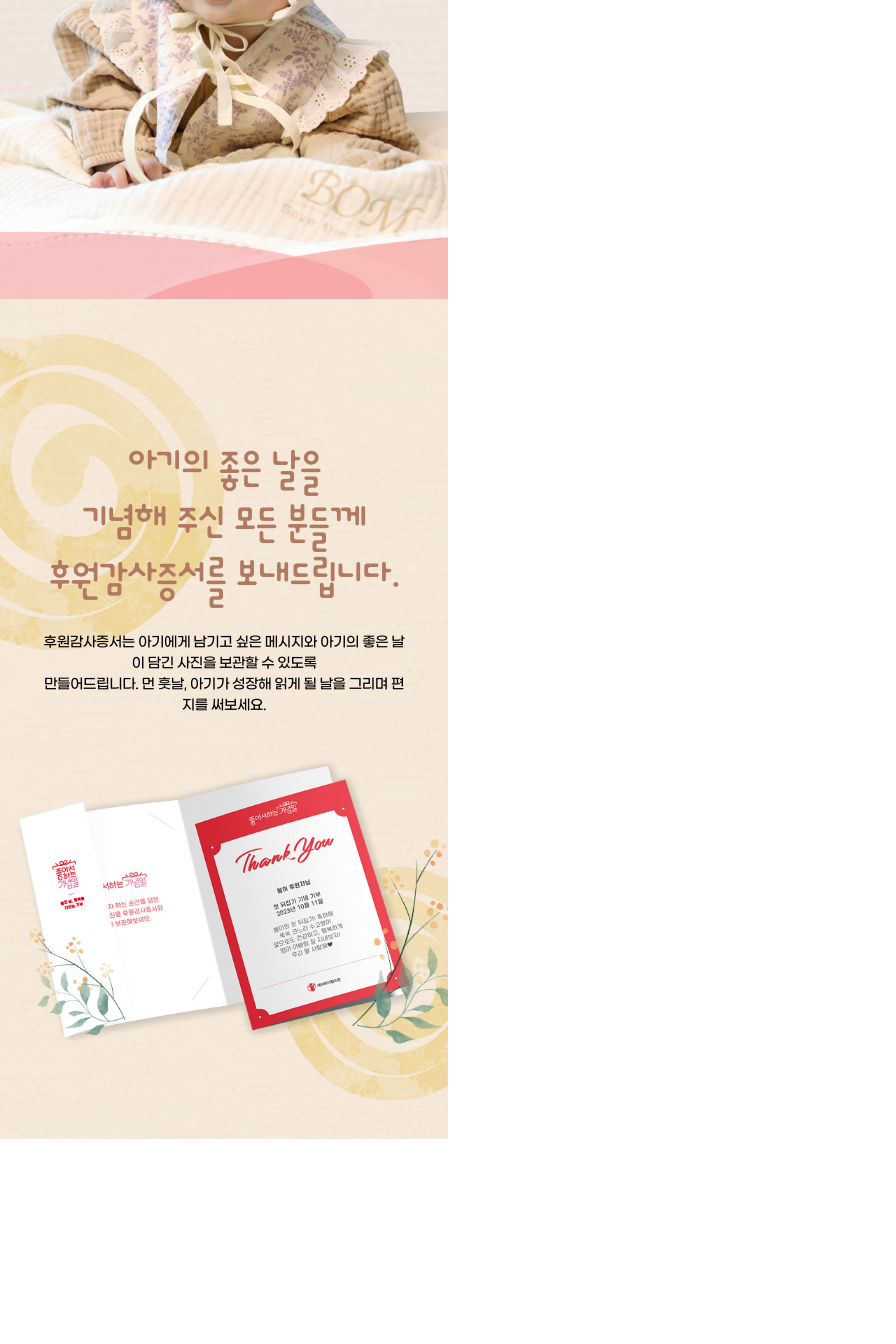
Repository: dlgywls1130/save_children_m
Page: index.html
These files come from the project's save history. The page is drawn as it stood at one moment and after the next save; the edit follows.
The browser window is 1280 px wide. The pictures show the part of the page from y = 3313 to 5233 px (the page is 20318 px tall), at 70% of full size.

Above is the page before, as saved 2023-12-13 19:17:49.

### index.html
<!DOCTYPE html>
<html lang="en">
<head>
    <meta charset="UTF-8">
    <meta name="viewport" content="width=device-width, initial-scale=1.0">
    <title>세이브더칠드런</title>

    <link rel="stylesheet" href="./css/reset.css">
    <link rel="stylesheet" href="./css/style.css">

</head>
<body>
    <div class="content_body">
        <section class="section_wrapper section01">
            <div class="se01 se_wrapper">
                <div class="se01_sub">
                    <div class="sub_logo">
                        <img src="./img/logo01.png" alt="logo">
                    </div>
                    <p>우리 아기 좋은 날 기부</p>
                </div>
                <p class="seo01_title">
                    아가야,
                </p>
                <p class="seo01_title_two">
                    너의 <span id="rollingText">탄생</span> 순간을 축하해!
                </p>
                <p class="section_descript mb-45">
                    아이의 건강과 행복을
                    <br>바라는 마음을 담아,
                    <br>탄생, 백일, 첫 걸음마, 첫돌 등
                    <br>내 아이의 소중한 순간을
                    <br>기부로 기념해보세요.
                    <br>함께 자라나는 다른 아이들
                    <br>에게도 큰 축복이 됩니다..
                </p>

                <a class="donation_link" href="javascript:void(0)">우리 아기 좋은 날 기부</a>
            </div>
        </section>
        <section class="section_wrapper section02">
            <div class="se02 se_wrapper">
                <div class="postit_wrapper">
                    <div class="postit postit01">
                        <p>우리 아들 우현이의<br>
                        200일을 축하해.<br>
                        건강하게 자라줘서 고마워 ❤<br>
                        늘 사랑받고 받은 사랑만큼<br>
                        베풀 수 있는 건강하고<br>
                        멋진 아들이 되길 바래!</p>
                    </div>
                    <div class="postit postit02">
                        <p>우리 새로아<Br>
                        백일 동안 무럭무럭 자라줘서<Br>
                        고마워~앞으로도 건강하고<Br>
                        우리 같이 재미있게 많이 놀자.<Br>
                        엄마,아빠가 많이 사랑해.</p>
                    </div>

                    <div class="postit postit05">
                        <p>사랑하는 도현이의<br>
                        첫 어린이날과 첫돌을<br>
                        기념하며, <br>
                        이웃을 사랑하는<br>
                        멋진 사람으로 자라길</p>

                    </div>
                    <div class="postit postit04">
                        <p>보미야<br>
                        첫 번째 생일 축하해<br>
                        너의 존재가 온 세상에<br>
                        봄이길 바랄게!   </p>
                    </div>

                    <div class="postit postit03">
                        <p>서진아<br>
                        우리에게 와줘서 고마워<br>
                        건강하고 행복하게 자라렴.<br>
                        사랑해♡      </p>
                    </div>

                </div>

            </div>
        </section>
        <section class="section_wrapper section03">
            <div class="se_wrapper se03">
                <div class="se_title_co">
                    아기의 좋은 날을<br> 기념해 주신 모든 분들께
                    <br>후원감사증서를 보내드립니다.
                </div>
                <div class="se_sub_co">
                    후원감사증서는 아기에게 남기고 싶은 메시지와 아기의 좋은 날이 담긴 사진을 보관할 수 있도록
                    <br>만들어드립니다. 먼 훗날, 아기가 성장해 읽게 될 날을 그리며 편지를 써보세요.
                </div>
            </div>

        </section>
        <section class="section_wrapper section04">
            <div class="se_wrapper se04">
                <div class="se_title_co">
                    이름 자수 순면거즈블랭킷
                </div>
                <div class="se_sub_co">
                    30만원 이상 후원하신 분들께는 순면 거즈 아기 블랭킷(90*110)에
                    <Br>원하시는 이름(영문)을 예쁘게 수놓아 드립니다.
                </div>

                <div class="se04_slide mt-85">
                    <div class="se04_slide_list">
                        <img src="./img/slide01.jpg">
                    </div>
                    <div class="se04_slide_list">
                        <img src="./img/slide02.jpg">
                    </div>
                    <div class="se04_slide_list">
                        <img src="./img/slide03.jpg">
                    </div>
                </div>
            </div>
        </section>
        <section class="section_wrapper section05">
            <div class="se_wrapper se05">
                <div class="se_title_co">
                    후원신청 과정
                </div>

                <div class="se_step_list">
                    <div class="se_step">
                        <p class="step_number">1</p>
                        <div class="step_ico">
                            <img src="./img/icon01.png" alt="img">
                        </div>
                        <p class="step_descript">
                            후원신청하기
                        </p>
                    </div>
                    <div class="se_step">
                        <p class="step_number">2</p>
                        <div class="step_ico">
                            <img src="./img/icon02.png" alt="img">
                        </div>
                        <p class="step_descript">
                            후원감사증서
                            <br>메시지 적기
                        </p>
                    </div>
                    <div class="se_step">
                        <p class="step_number">3</p>
                        <div class="step_ico">
                            <img src="./img/icon03.png" alt="img">
                        </div>
                        <p class="step_descript">
                            신청완료
                        </p>
                    </div>
                    <div class="se_step">
                        <p class="step_number">4</p>
                        <div class="step_ico">
                            <img src="./img/icon04.png" alt="img">
                        </div>
                        <p class="step_descript">
                            후원감사증서 발송
                            <Br>(1주 이내)
                        </p>
                    </div>
                </div>

                <div class="se_sub_co mt-100">
                    30만원 이상 후원해 주신 경우,
                    <br>감사 선물 수령 주소 및 아기 블랭킷에 새겨질 문구 확인을 위한 문자가 발송됩니다.
                </div>

                <a class="donation_link" href="javascript:void(0)">우리 아기 좋은 날 기부</a>
            </div>

        </section>
        <section class="section_wrapper section06">
            <div class="se_wrapper se06">
                <div class="se_title_co">
                    후원금, 이렇게 쓰여요!
                </div>
                <div class="se_sub_co">
                    세이브더칠드런은 <span>국내외 아동을 위한 교육,
                    <Br>보호, 보건영양지원, 아동권리옹호</span> 등의 활동을 해나가고 있습니다.
                </div>
                <div class="se_sub_co">
                    보내주신 후원금은 정치, 종교, 인종에 관계없이 모든 아이를 구해야 한다는
                    <Br>세이브더칠드런의 신념에 따라 <span>가장 도움 필요한 아이를 위해 우선 사용</span>됩니다.
                </div>
            </div>

        </section>
        <section class="section_wrapper section07">
            <div class="se_wrapper se07">
                <div class="se_title_co">
                    FAQ
                </div>
                <div class="accordion">
                    <div class="accordion-item">
                        <h3 class="title">
                            <span>1. 30만원 이상 후원했습니다. 거즈 순면 블랭킷은 언제 오나요?</span>
                            <img src="./img/top.png">
                        </h3>
                        <p class="paragraph">
                            우리아기 축하기부로 30만원 이상 후원자님들께는 담요에 수놓을 아기 이름과
                            <Br>선물 수령 주소 확인을 위한 문자가 발송됩니다.
                            <br>02-6900-4479로 발송되는 문자 속 설문조사에 답해주세요.
                            <br>확인을 완료하신 분들께는 블랭킷 제작을 담당하고 있는 조니 스튜디오에서
                            <br>아기 이름 자수 작업 완료 후 배송해 드립니다.

                        </p>
                    </div>
                    <div class="accordion-item">
                        <h3 class="title">
                            <span>2. 거즈 순면 블랭킷, 안전한 제품인가요?</span>
                            <img src="./img/top.png">
                        </h3>
                        <p class="paragraph">
                            본 블랭킷은 워싱된 3중 거즈로 제작되었으며, KC안전검사를 완료하였습니다.
                            소재 특성상 섬유 조각이 발생할 수 있어 망에 넣지 않고 3번 정도 물빨래 하시는 것을 권장합니다.

                        </p>
                    </div>
                    <div class="accordion-item">
                        <h3 class="title">
                            <span>3. 거즈 순면 블랭킷을 받았는 데 하자가 있어요. 어떻게 해야 하나요? </span>
                            <img src="./img/top.png">
                        </h3>
                        <p class="paragraph">
                            070-4220-4123 (조니스튜디오 CS)로 전화 연락 부탁드립니다. 하자 물품에 대한 교환은 수령일로부터 7일 이내에 조니스튜디오에 연락해주셔야 하며, 이로 인한 후원금 환불은 어렵습니다.
                        </p>
                    </div>
                    <div class="accordion-item">
                        <h3 class="title">
                            <span>4. 후원감사증서에 넣을 수 있는 사진 사이즈는 얼마인가요?</span>
                            <img src="./img/top.png">
                        </h3>
                        <p class="paragraph">
                            사진 인화 사이즈 5*7 인치에 맞추어서 제작되었습니다.  그보다 작은 사진일 경우, 후원감사증서
                            내부의 주머니에 넣어 보관하실 수도  있습니다.

                        </p>
                    </div>
                </div>
            </div>

        </section>
        <section class="section_wrapper section08">
            <div class="se_wrapper se08">
                <div class="se08_postion">
                    <p class="se08_title">우리 아기 좋은 날 기부</p>
                    <p class="se08_descript">
                        탄생, 백일, 첫 걸음마, 첫돌...
                        <br>소중한 우리 아기의 성장을 기념해 보세요!
                        <br>아기의 좋은 날이 모여 세상의 행복이 됩니다.
                    </p>
                    <a href="javascript:void(0)" class="more_btn">
                        <p>자세히보기</p>
                        <svg xmlns="http://www.w3.org/2000/svg" width="16" height="16" fill="currentColor" class="bi bi-chevron-right" viewBox="0 0 16 16">
                            <path fill-rule="evenodd" d="M4.646 1.646a.5.5 0 0 1 .708 0l6 6a.5.5 0 0 1 0 .708l-6 6a.5.5 0 0 1-.708-.708L10.293 8 4.646 2.354a.5.5 0 0 1 0-.708z"/>
                        </svg>
                    </a>
                </div>

            </div>
        </section>
    </div>

    <script src="https://ajax.googleapis.com/ajax/libs/jquery/1.12.4/jquery.min.js"></script>
    <script src="./js/main.js"></script>
</body>
</html>

### css/reset.css


html, body, div, span, applet, object, iframe,
h1, h2, h3, h4, h5, h6, p, blockquote, pre,
a, abbr, acronym, address, big, cite, code,
del, dfn, em, img, ins, kbd, q, s, samp,
small, strike, strong, sub, sup, tt, var,
b, u, i, center,
dl, dt, dd, ol, ul, li,
fieldset, form, label, legend,
table, caption, tbody, tfoot, thead, tr, th, td,
article, aside, canvas, details, embed,
figure, figcaption, footer, header, hgroup,
menu, nav, output, ruby, section, summary,
time, mark, audio, video {
	margin: 0;
	padding: 0;
	border: 0;
	font-size: 100%;
	font: inherit;
	vertical-align: baseline;
}

article, aside, details, figcaption, figure,
footer, header, hgroup, menu, nav, section {
	display: block;
}
body {
	line-height: 1;
}
ol, ul {
	list-style: none;
}
blockquote, q {
	quotes: none;
}
blockquote:before, blockquote:after,
q:before, q:after {
	content: '';
	content: none;
}
table {
	border-collapse: collapse;
	border-spacing: 0;
}

Loaded but not shown: js/main.js (46 lines, source omitted); css/style.css (692 lines, source omitted)

After the next save:
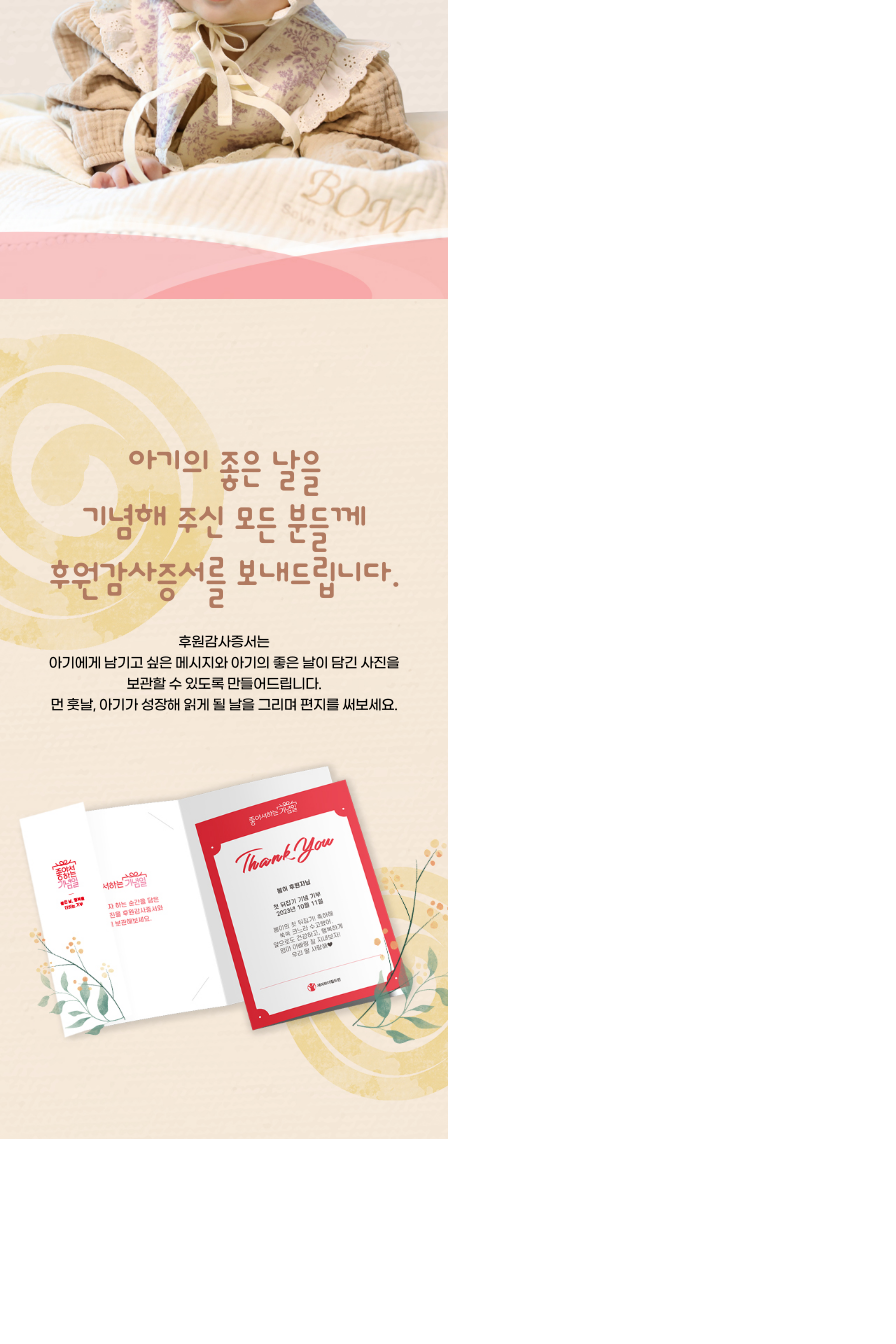
Saved 35 s later.
--- a/index.html
+++ b/index.html
@@ -90,8 +90,8 @@
                     <br>후원감사증서를 보내드립니다.
                 </div>
                 <div class="se_sub_co">
-                    후원감사증서는 아기에게 남기고 싶은 메시지와 아기의 좋은 날이 담긴 사진을 보관할 수 있도록
-                    <br>만들어드립니다. 먼 훗날, 아기가 성장해 읽게 될 날을 그리며 편지를 써보세요.
+                    후원감사증서는<Br> 아기에게 남기고 싶은 메시지와 아기의 좋은 날이 담긴 사진을<br> 보관할 수 있도록
+                    만들어드립니다.<br> 먼 훗날, 아기가 성장해 읽게 될 날을 그리며 편지를 써보세요.
                 </div>
             </div>
 
